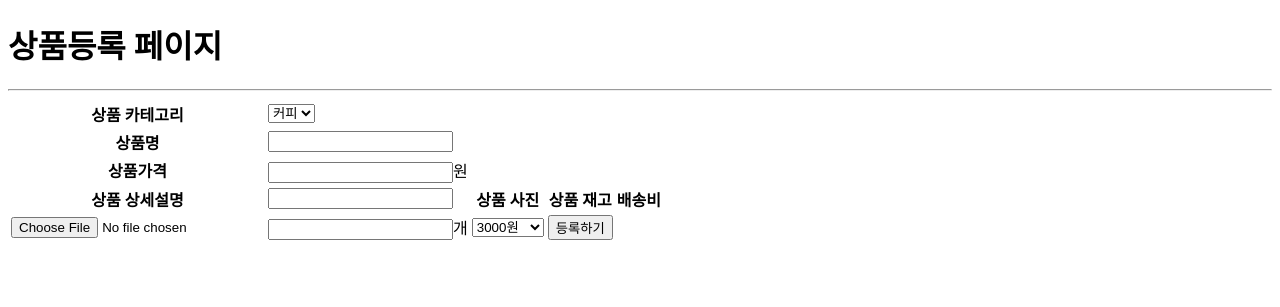
Repository: HJK0000/shoppingMallPrj
Page: http://localhost/shoppingMall/WEB-INF/views/admin/productRegistForm.jsp
These files come from the project's save history. The page is drawn as it stood at one moment and after a run of saves; the edit follows.
The browser window is 1280 px wide. The pictures show the whole page.
The page is served by Tomcat 10. Nobody is signed in. Other server files are loaded and not shown. The template is opened directly, without the code that normally fills it, so the values that code supplies are empty.

Above is the page before, as saved 2024-05-29 03:28:12.
Console error: SyntaxError: Invalid or unexpected token

### shoppingMall/src/main/webapp/WEB-INF/views/admin/productRegistForm.jsp
<%@ page language="java" contentType="text/html; charset=UTF-8"
	pageEncoding="UTF-8"%>
<%@ taglib prefix="c" uri="http://java.sun.com/jsp/jstl/core"%>
<!DOCTYPE html>
<html lang="en">
<head>
<meta charset="UTF-8">
<meta name="viewport" content="width=device-width, initial-scale=1.0">
<title>상품등록 페이지</title>
<script src="https://code.jquery.com/jquery-3.7.1.js"
	integrity="sha256-eKhayi8LEQwp4NKxN+CfCh+3qOVUtJn3QNZ0TciWLP4="
	crossorigin="anonymous"></script>
<style>
</style>
</head>
<body>
	<h1>상품등록 페이지</h1>
	<hr>

	<form name="frm" method="post" enctype="multipart/form-data">
		<table board="1">
			<tr>
				<th>상품 카테고리</th>
				<td><select id="sortOptions"><option value="coffee">커피</option></select></td>
			</tr>
			<tr>
				<th>상품명</th>
				<td><input type="text" name="pname" required="required"></td>
			</tr>
			<tr>
				<th>상품가격</th>
				<td><input type="text" name="pprice" required="required">원</td>
			</tr>
			<tr>
				<th>상품 상세설명</th>
				<td><input type="text" name="pinfo" required="required"></td>
				<th>상품 사진</th>
				<th>상품 재고</th>
				<th>배송비</th>
			</tr>
			</thead>
			<tbody>
				<tr>




					<td><input type="file" name="file"></td>
					<td><input type="text" name="stock_count" required="required">개</td>
					<td><select id="sortOptions"><option value="3000원">3000원</option>
							<option value="무료배송">무료배송</option></select></td>
					<td><input type="submit" value="등록하기" onclick="submitForm2()" /></td>
				</tr>
			</tbody>
		</table>
	</form>
	<div id="demo"></div>
	<script>
		function submitForm(){
			alert("submit....");
			var form = document.forms['frm'];
			var formData = new FormData(form);

			$.ajax({

				type : "post",
				enctype : "multipart/form-data",
				url : [[@/product/regist]],
				data : formData,
				dataType : 'json',
				processData : false,
				contentType : false,
				cache : false,
				success : function(data){

					console.log("success : ", data);


				},
				error : function(e){

					console.log("error : ", e);

				}

			});
		}





		}

	</script>
</body>
</html>

After the next 2 saves:
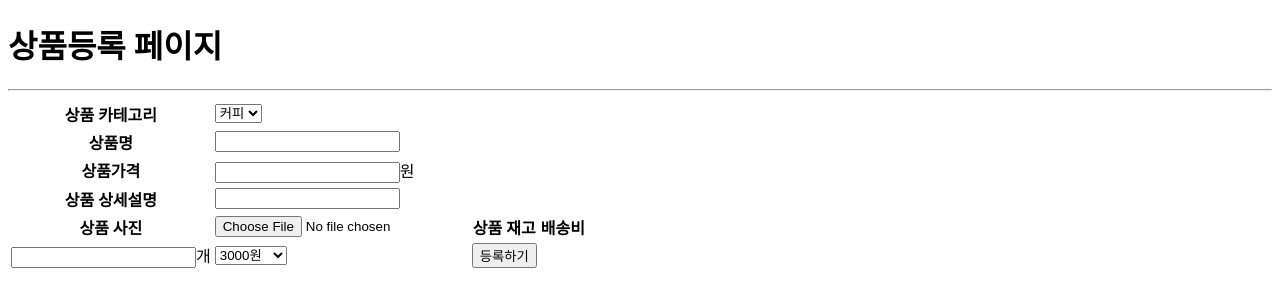
The 2 saves are shown as one change because they came seconds apart.
The last was saved 16 s later.
--- a/shoppingMall/src/main/webapp/WEB-INF/views/admin/productRegistForm.jsp
+++ b/shoppingMall/src/main/webapp/WEB-INF/views/admin/productRegistForm.jsp
@@ -34,7 +34,10 @@
 			<tr>
 				<th>상품 상세설명</th>
 				<td><input type="text" name="pinfo" required="required"></td>
+			</tr>
+			<tr>
 				<th>상품 사진</th>
+				<td><input type="file" name="file"></td>
 				<th>상품 재고</th>
 				<th>배송비</th>
 			</tr>
@@ -45,7 +48,7 @@
 
 
 
-					<td><input type="file" name="file"></td>
+
 					<td><input type="text" name="stock_count" required="required">개</td>
 					<td><select id="sortOptions"><option value="3000원">3000원</option>
 							<option value="무료배송">무료배송</option></select></td>
